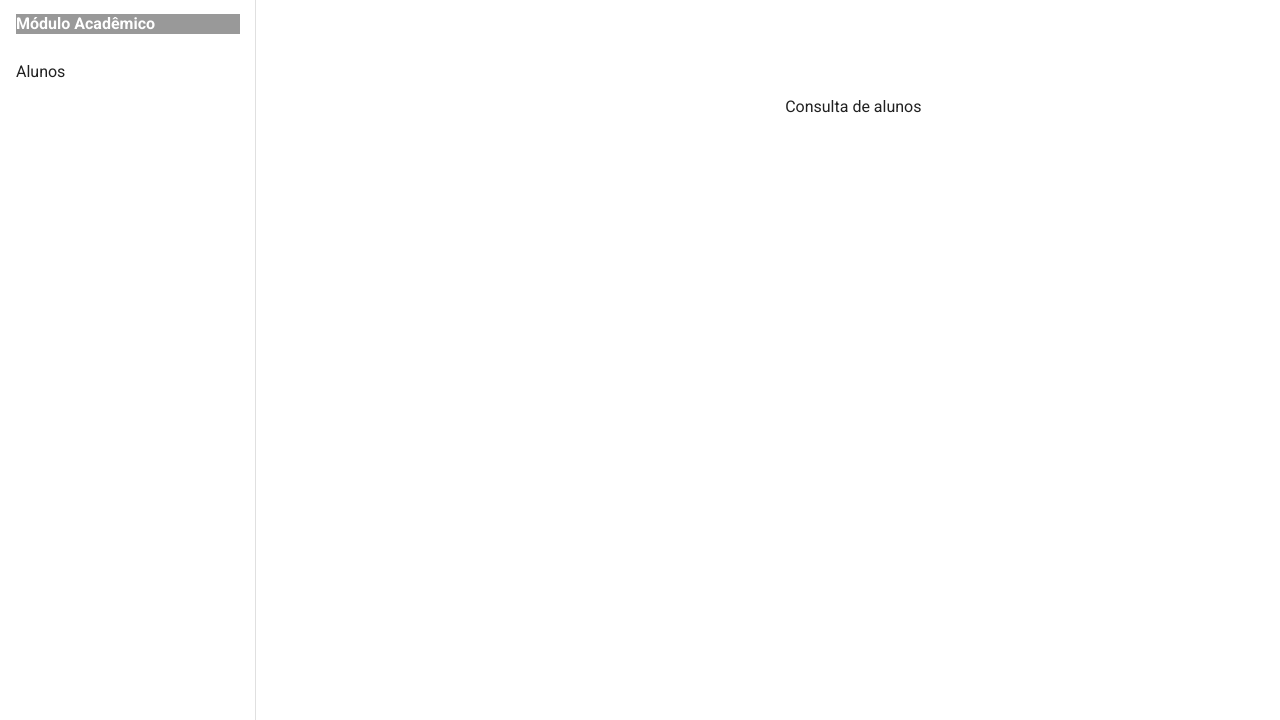
Repository: sergiohidekiono/vue-student
Page: /
The author's editor kept a copy of each file at every save. The page is drawn from the files as they stood at one save, then again after a run of saves.
The browser window is 1280 px wide. The pictures show the whole page.
The project was rebuilt for these pictures with package versions that can differ from the ones it lists, and the page was loaded fresh each time. Also part of the build but not shown: vue.config.js.

Above is the page before, as saved 2024-08-07 09:42:52.

### src/App.vue
<template>
  <v-app>
    <v-main class="wrapper">
      <StudentList class="wrapper" />
    </v-main>
  </v-app>
</template>

<script>
import StudentList from './components/student-list';

export default {
  name: 'App',

  components: {
    StudentList,
  },

  data: () => ({
    //
  }),
};
</script>

<style>
.wrapper {
  width: 100vw;
  height: 100vh;
  margin: 0;
}
</style>

### src/components/student-list.vue
<template>
    <v-container>
        <v-row>
            <div class="d-flex align-start">
                <v-img :src="require('../assets/logo.png')" class="my-3" />
            </div>
        </v-row>
        <v-row>
            <v-col cols="2">
                <v-navigation-drawer v-model="drawer" app clipped :permanent="false">
                    <v-list>
                        <v-list-item>
                            <v-list-item-content class="header-table" style="padding: 0 !important;">
                                <v-list-item-title style="padding: 0; margin: 0;">
                                    <h4>Módulo Acadêmico</h4>
                                </v-list-item-title>
                            </v-list-item-content>
                        </v-list-item>
                        <v-list-item link>
                            <v-list-item-content style="padding: 0;">
                                <v-list-item-title>Alunos</v-list-item-title>
                            </v-list-item-content>
                        </v-list-item>
                    </v-list>
                </v-navigation-drawer>
            </v-col>
            <v-col cols="10">
                <v-row cols="12" class="d-flex justify-center">
                    <span>Consulta de alunos</span>
                </v-row>
            </v-col>
        </v-row>
    </v-container>
</template>

<script>

export default {

};

</script>

<style scoped>
.v-list-item.theme--light .header-table {
    color: white;
    background: #999999;
    padding: 0 !important;
}

v-list-item theme--light{
    padding: 0 !important;
}
.v-list.v-sheet.theme--light {
    padding: 0 !important;
}
</style>

Loaded but not shown: public/index.html (common file); src/main.js (common file); src/plugins/vuetify.js (common file)

After the next 2 saves:
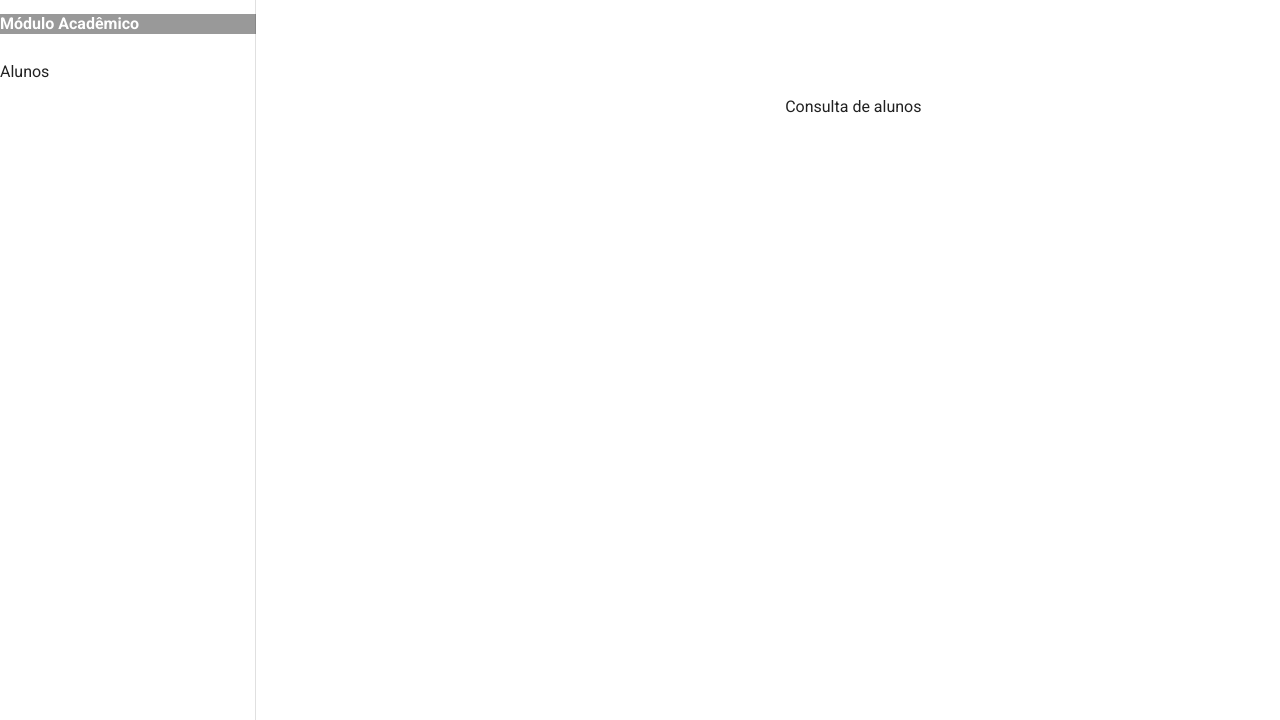
The 2 saves are shown as one change because they came seconds apart.
The last was saved 7 s later.
--- a/src/components/student-list.vue
+++ b/src/components/student-list.vue
@@ -48,7 +48,7 @@ export default {
     padding: 0 !important;
 }
 
-v-list-item theme--light{
+.v-list-item.theme--light{
     padding: 0 !important;
 }
 .v-list.v-sheet.theme--light {
